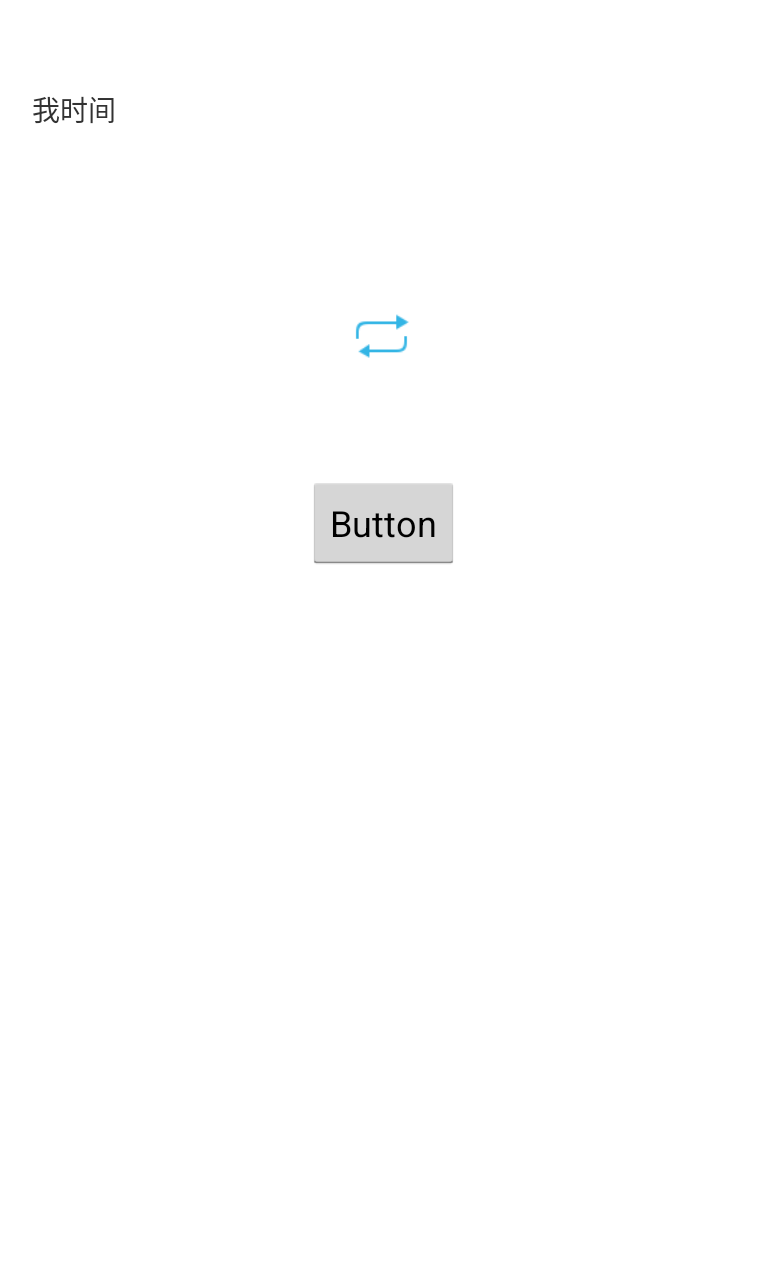
Repository: Tentjx/togit
Layout: workspace/Shared/res/layout/activity_main.xml
An editor plug-in stored every save of this project. The layout is shown before and after the next save, followed by the edit.
It is drawn on a 768 x 1280 px phone screen (xhdpi) without system bars, with theme AppTheme; the app's code is not run.

Above is the layout before, as saved 2015-01-07 11:40:01.

### workspace/Shared/res/layout/activity_main.xml
<RelativeLayout xmlns:android="http://schemas.android.com/apk/res/android"
    xmlns:tools="http://schemas.android.com/tools"
    android:layout_width="match_parent"
    android:layout_height="match_parent"
    android:paddingBottom="@dimen/activity_vertical_margin"
    android:paddingLeft="@dimen/activity_horizontal_margin"
    android:paddingRight="@dimen/activity_horizontal_margin"
    android:paddingTop="@dimen/activity_vertical_margin"
    tools:context=".MainActivity" >

    <Button
        android:id="@+id/button1"
        android:layout_width="wrap_content"
        android:layout_height="wrap_content"
        android:layout_below="@+id/imageView1"
        android:layout_centerHorizontal="true"
        android:layout_marginTop="48dp"
        android:text="Button" />

    <ImageView
        android:id="@+id/imageView1"
        android:layout_width="wrap_content"
        android:layout_height="wrap_content"
        android:layout_alignParentTop="true"
        android:layout_centerHorizontal="true"
        android:layout_marginTop="130dp"
        android:src="@drawable/ic_mp_repeat_all_btn"
        android:tag="循环全部" />

    <TextView
        android:id="@+id/textView1"
        android:layout_width="match_parent"
        android:layout_height="match_parent"
        android:layout_alignParentTop="true"
        android:layout_marginRight="25dp"
        android:layout_marginTop="28dp"
        android:layout_toLeftOf="@+id/button1"
        android:text="我时间"
        />

</RelativeLayout>

Loaded but not shown: workspace/Shared/res/values/styles.xml (common file); workspace/Shared/res/values-v11/styles.xml (common file); workspace/Shared/res/values-v14/styles.xml (common file); workspace/Shared/res/values/dimens.xml (common file)

After the next save:
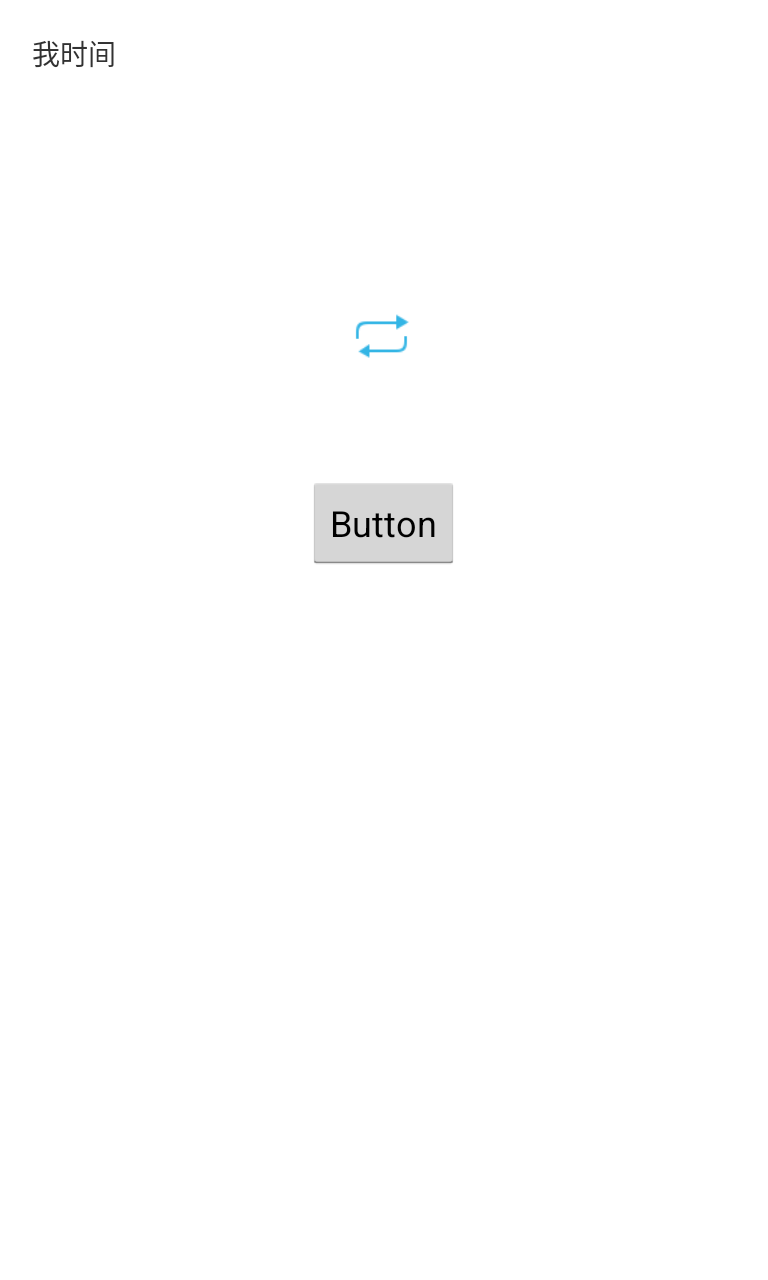
Saved 68 s later.
--- a/workspace/Shared/res/layout/activity_main.xml
+++ b/workspace/Shared/res/layout/activity_main.xml
@@ -30,11 +30,8 @@
     <TextView
         android:id="@+id/textView1"
         android:layout_width="match_parent"
-        android:layout_height="match_parent"
+        android:layout_height="wrap_content"
         android:layout_alignParentTop="true"
-        android:layout_marginRight="25dp"
-        android:layout_marginTop="28dp"
-        android:layout_toLeftOf="@+id/button1"
         android:text="我时间"
         />
 
